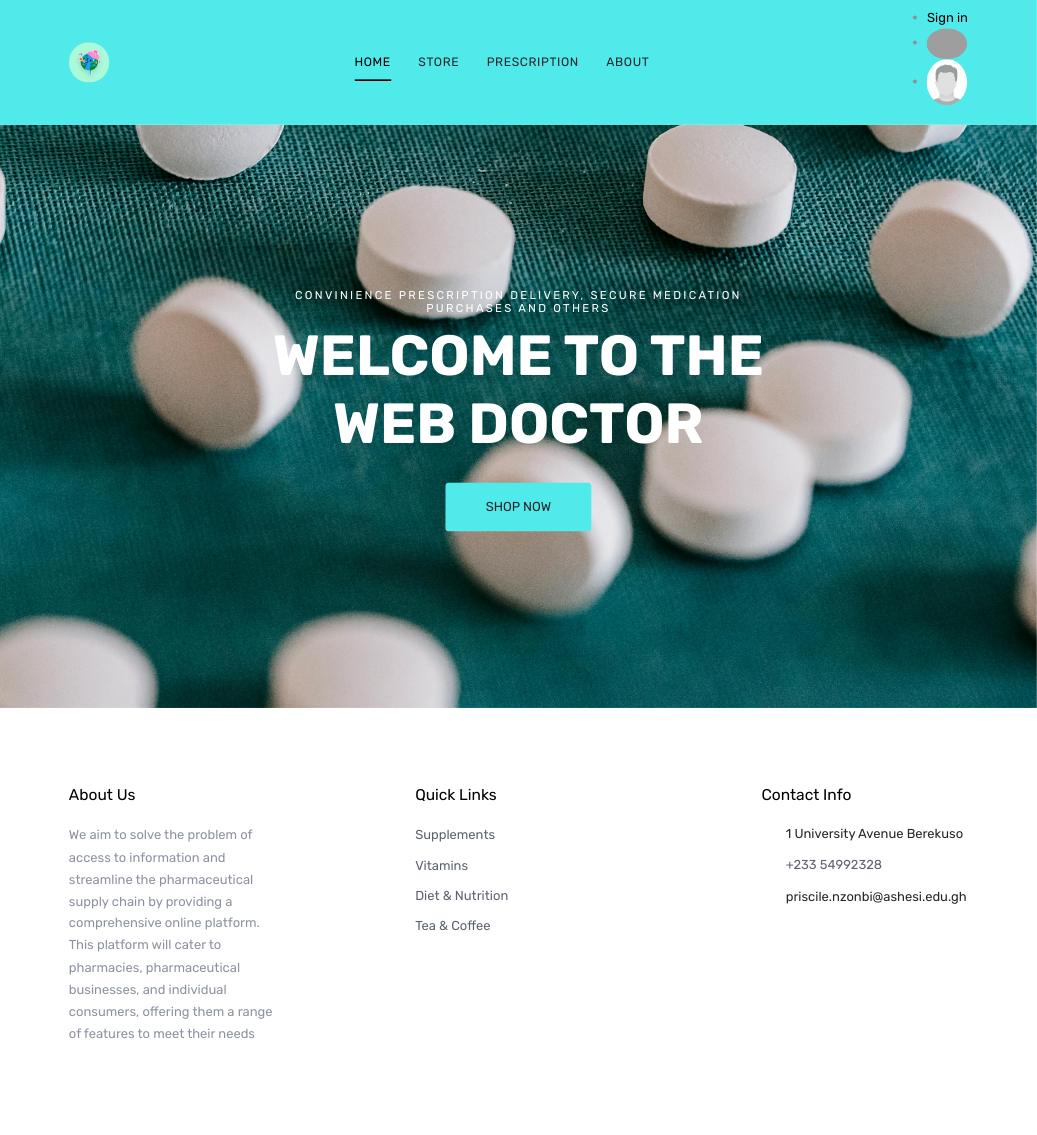
Repository: Argivist/Web-Doctor
Page: http://localhost/view/home.php
An editor plug-in stored every save of this project. The page is shown before and after the next save, followed by the edit.
The browser window is 1280 px wide. The pictures show the whole page, at 81% of full size.
Pictures or frames that could not be fetched are drawn as grey boxes. Some web fonts or font styles are not loaded; a fallback is used. The page is run by PHP 8.4 with error messages shown; the project is at /var/www/html/.

Above is the page before, as saved 2024-03-09 18:05:15.

### view/home.php
<?php
include "../settings/connection.php";
session_start();
?>
<!DOCTYPE html>
<html lang="en">

<head>
  <meta charset="UTF-8">
  <meta name="viewport" content="width=device-width, initial-scale=1.0">
  <title>Home</title>
  <link rel="icon" href="../img/logo/logo.png" />

  <link href="https://fonts.googleapis.com/css?family=Rubik:400,700|Crimson+Text:400,400i" rel="stylesheet">
  <link rel="stylesheet" href="fonts/icomoon/style.css">
  <link rel="stylesheet" href="../css/bootstrap.min.css">
  <link rel="stylesheet" href="../css/magnific-popup.css">
  <link rel="stylesheet" href="../css/jquery-ui.css">
  <link rel="stylesheet" href="../css/owl.carousel.min.css">
  <link rel="stylesheet" href="../css/owl.theme.default.min.css">
  <link rel="stylesheet" href="../css/style.css">
  <link rel="stylesheet" href="../css/aos.css">
</head>

<body>
  <div class="site-wrap">

    <!--Navigation Bar-->
    <div class="site-navbar bg-primary py-2">
      <div class="container">
        <div class="d-flex align-items-center justify-content-between">
          <div class="logo">
            <div class="site-logo">
              <a href="home.php" class="js-logo-clone"><img src="../img/logo/logo.png" style="width:50px; border-radius:50px;" alt="logo" /></a>
            </div>
          </div>
          <div class="main-nav d-lg-block">
            <nav class="site-navigation text-right text-md-center" role="navigation">
              <ul class="site-menu js-clone-nav d-lg-block">
                <li class="active"><a href="home.php">Home</a></li>
                <li><a href="shop.php">Store</a></li>
                <li class=""><a href="prescription.php">Prescription</a></li>

                <li><a href="aboutus.php">About</a></li>

              </ul>
            </nav>
          </div>
          <div class="d-flex align-items-center justify-content-between">
          <ul class="site-menu js-clone-nav d-lg-block">
                  <li>  <?php
          if (isset($_SESSION['id'])) {
            echo "<div class='logout'><a href='../actions/logout.php'>Logout</a></div>";
          } else {
            echo "<div class='login'><a href='../login/login.php'>Sign in</a></div>";
          } ?></li><li>
          <!-- cart -->
          <?php
              if (isset($_SESSION['id'])) {
                echo "<a href='cart.php'>Cart</a>";
              } else {
                echo "<a href='../login/login.php'><img src='../img/cart.png' alt='Image' class='rounded-circle' style='width:50px; border-radius:50px;'></a>";
              }
            ?></li><li>

          <div class="profile">
            <!-- profile -->
            <a href="
                        <?php
                        if (isset($_SESSION['id'])) {
                          echo "profile.php";
                        } else {
                          echo "../login/login.php";
                        }
                        ?>
                        "><img src="
                        <?php
                        if (isset($_SESSION['id'])) {
                          echo "../img/profile.jpg";
                        } else {
                          echo "../img/default_profile.jpg";
                        }
                        ?>
                        " alt="Image" class="rounded-circle" style="width:50px; border-radius:50px;"></a>
          </div></li></ul></div>
        </div>
      </div>
    </div>

    <!--Main Content-->
    <!--Image By: Photo by Alex Green: https://www.pexels.com/photo/pile-of-white-spilled-pills-5699514/-->
    <div class="site-blocks-cover" style="background-image: url('../img/background/pharmacy_1.jpg');">
      <div class="container">
        <div class="row">
          <div class="col-lg-7 mx-auto order-lg-2 align-self-center">
            <div class="site-block-cover-content text-center">
              <h2 class="sub-title">Convinience Prescription Delivery, Secure Medication Purchases and others</h2>
              <h1>Welcome To The Web Doctor</h1>
              <p>
                <a href="
                        <?php
                        if (isset($_SESSION['id'])) {
                          echo "shop.php";
                        } else {
                          echo "../login/login.php";
                        }
                        ?>" class="btn btn-primary px-5 py-3">Shop Now</a>
              </p>
            </div>
          </div>
        </div>
      </div>
    </div>
    <footer class="site-footer">
      <div class="container">
        <div class="row">
          <div class="col-md-6 col-lg-3 mb-4 mb-lg-0">

            <div class="block-7">
              <h3 class="footer-heading mb-4">About Us</h3>
              <p>We aim to solve the problem of access to information and streamline the pharmaceutical supply chain by providing a
                comprehensive online platform. This platform will cater to pharmacies, pharmaceutical businesses, and individual consumers,
                offering them a range of features to meet their needs</p>
            </div>

          </div>
          <div class="col-lg-3 mx-auto mb-5 mb-lg-0">
            <h3 class="footer-heading mb-4">Quick Links</h3>
            <ul class="list-unstyled">
              <li><a href="#">Supplements</a></li>
              <li><a href="#">Vitamins</a></li>
              <li><a href="#">Diet &amp; Nutrition</a></li>
              <li><a href="#">Tea &amp; Coffee</a></li>
            </ul>
          </div>

          <div class="col-md-6 col-lg-3">
            <div class="block-5 mb-5">
              <h3 class="footer-heading mb-4">Contact Info</h3>
              <ul class="list-unstyled">
                <li class="address">1 University Avenue Berekuso</li>
                <li class="phone"><a href="tel://23923929210">+233 54992328</a></li>
                <li class="email">priscile.nzonbi@ashesi.edu.gh</li>
              </ul>
            </div>


          </div>
        </div>

      </div>
    </footer>
</body>

</html>

### settings/connection.php

<?php
// $server="localhost";
// $user="root";
// $passwd="cs341webtech";
// $db="web_doctors";

// $conn=mysqli_connect($server,$user,$passwd,$db) or die("Connection failed :: ".$conn->error);
?>

<?php
$server="localhost:3307";
$user="root";
$passwd="root";
$db="web_doctors";

$conn=mysqli_connect($server,$user,$passwd,$db) or die("Connection failed :: ".$conn->error);
?>

Loaded but not shown: css/bootstrap.min.css (library); css/magnific-popup.css (library); css/jquery-ui.css (library); css/owl.carousel.min.css (common file); css/owl.theme.default.min.css (common file); css/aos.css (library); css/style.css (1125 lines, source omitted)

After the next save:
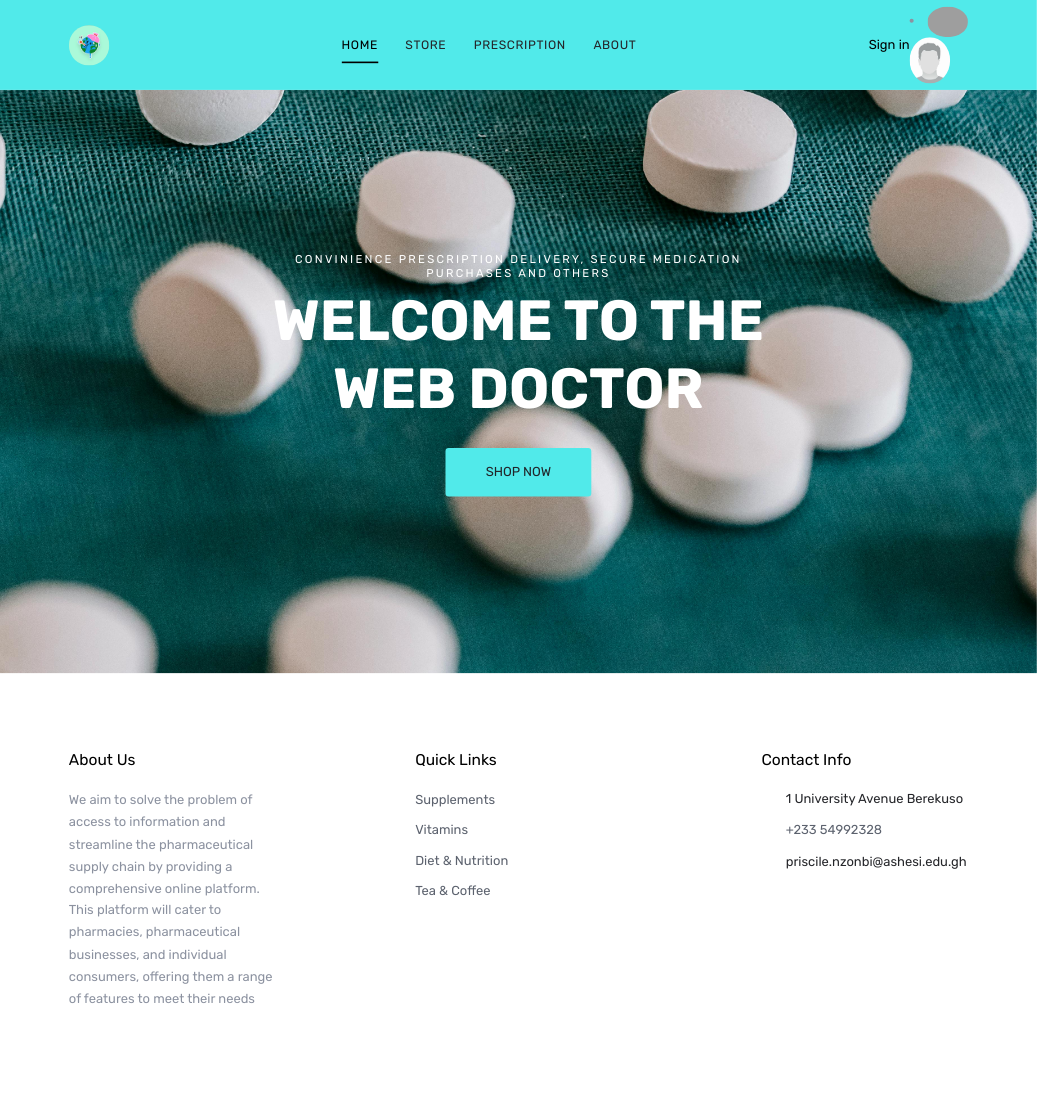
Saved 20 s later.
--- a/view/home.php
+++ b/view/home.php
@@ -47,8 +47,7 @@ session_start();
             </nav>
           </div>
           <div class="d-flex align-items-center justify-content-between">
-          <ul class="site-menu js-clone-nav d-lg-block">
-                  <li>  <?php
+            <?php
           if (isset($_SESSION['id'])) {
             echo "<div class='logout'><a href='../actions/logout.php'>Logout</a></div>";
           } else {
@@ -61,7 +60,7 @@ session_start();
               } else {
                 echo "<a href='../login/login.php'><img src='../img/cart.png' alt='Image' class='rounded-circle' style='width:50px; border-radius:50px;'></a>";
               }
-            ?></li><li>
+            ?>
 
           <div class="profile">
             <!-- profile -->
@@ -82,7 +81,7 @@ session_start();
                         }
                         ?>
                         " alt="Image" class="rounded-circle" style="width:50px; border-radius:50px;"></a>
-          </div></li></ul></div>
+          </div></div>
         </div>
       </div>
     </div>
